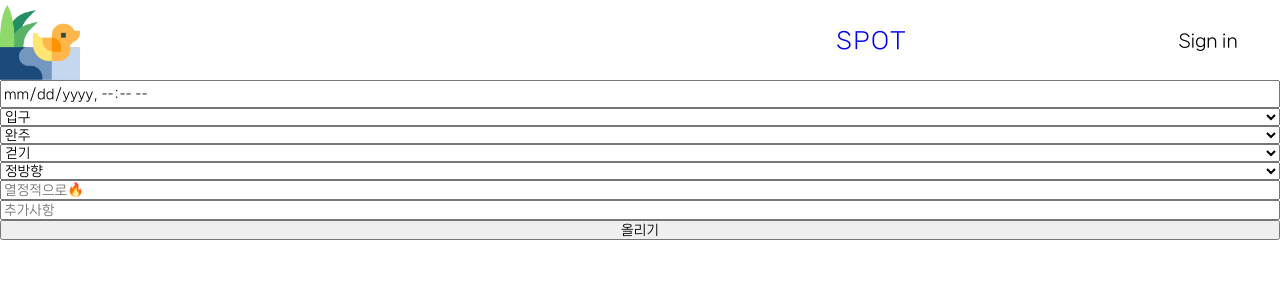
Repository: songeunleee/youngrangho
Page: /add
An editor plug-in stored every save of this project. The page is shown before and after the next save, followed by the edit.
The browser window is 1280 px wide. The pictures show the whole page.
Some web libraries are served in a nearby version. The project was rebuilt for these pictures with package versions that can differ from the ones it lists, and the page was loaded fresh each time. Some packages were replaced by stand-ins written for this rebuild. Also part of the build but not shown: src/app.module.css, src/components/join_item/join_item.module.css, src/components/join_item/join_item.jsx, src/components/join_list/join_list.jsx, src/components/activity_item/activity_item.jsx, src/components/add_card/add_card.module.css, src/components/add_card/add_card.jsx, src/components/activity_list/activity_list.module.css and 15 more.

Above is the page before, as saved 2022-11-13 18:20:28.

After the next save:
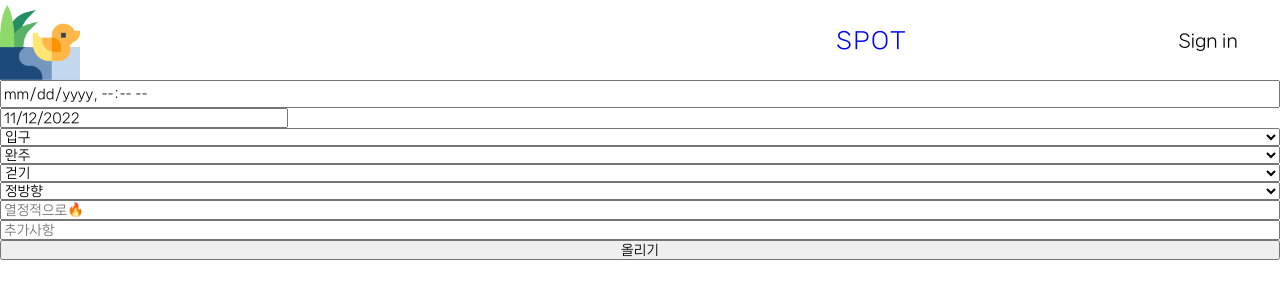
Saved 8 s later.
--- a/src/components/add_form/add_form.jsx
+++ b/src/components/add_form/add_form.jsx
@@ -40,7 +40,10 @@ const AddForm = ({ repository, user }) => {
   return (
     <form className={styles.container}>
       <input ref={appointmentRef} type="datetime-local" />
-
+      <DatePicker
+        selected={startDate}
+        onChange={(date) => setStartDate(date)}
+      />
       <select ref={departureRef} name="departure">
         <option>입구</option>
         <option>영랑호 생태공원(반려견 놀이터)</option>
